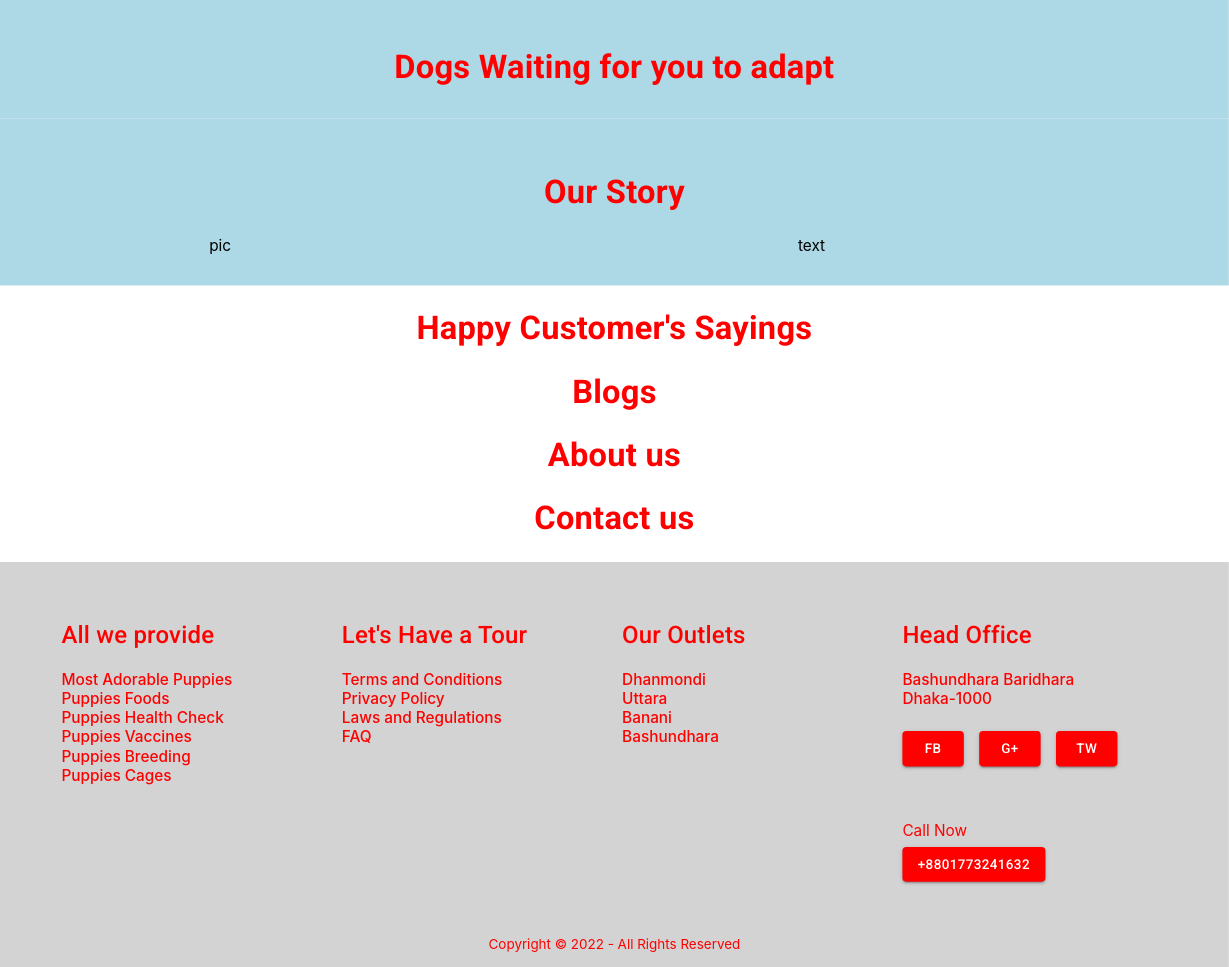
Repository: Sharif-00112/dogos-paradise-client
Page: /
The author's editor kept a copy of each file at every save. The page is drawn from the files as they stood at one save, then again after the next save.
The browser window is 1280 px wide. The pictures show the part of the page from y = 1041 to 2048 px (the page is 2048 px tall), at 96% of full size.
The page's requests for data from a server got no answer. The project was rebuilt for these pictures with package versions that can differ from the ones it lists, and the page was loaded fresh each time. No one was signed in, and anything a server would have sent is missing. Also part of the build but not shown: src/Pages/Home/Dog/Dog.js, src/Pages/Login/Login/Login.js, src/Pages/Login/Register/Register.js, src/Pages/NotFound/NotFound.js.

Above is the page before, as saved 2022-12-05 22:18:49.

### public/index.html
<!DOCTYPE html>
<html lang="en">
  <head>
    <meta charset="utf-8" />
    <link rel="icon" href="%PUBLIC_URL%/favicon.ico" />
    <meta name="viewport" content="width=device-width, initial-scale=1" />
    <meta name="theme-color" content="#000000" />
    <meta
      name="description"
      content="Web site created using create-react-app"
    />
    <link
      rel="stylesheet" href="https://fonts.googleapis.com/css?family=Roboto:300,400,500,700&display=swap"
    />

    <link rel="apple-touch-icon" href="%PUBLIC_URL%/logo192.png" />
    <!--
      manifest.json provides metadata used when your web app is installed on a
      user's mobile device or desktop. See https://developers.google.com/web/fundamentals/web-app-manifest/
    -->
    <link rel="manifest" href="%PUBLIC_URL%/manifest.json" />
    <!--
      Notice the use of %PUBLIC_URL% in the tags above.
      It will be replaced with the URL of the `public` folder during the build.
      Only files inside the `public` folder can be referenced from the HTML.

      Unlike "/favicon.ico" or "favicon.ico", "%PUBLIC_URL%/favicon.ico" will
      work correctly both with client-side routing and a non-root public URL.
      Learn how to configure a non-root public URL by running `npm run build`.
    -->
    <title>React App</title>
  </head>
  <body>
    <noscript>You need to enable JavaScript to run this app.</noscript>
    <div id="root"></div>
    <!--
      This HTML file is a template.
      If you open it directly in the browser, you will see an empty page.

      You can add webfonts, meta tags, or analytics to this file.
      The build step will place the bundled scripts into the <body> tag.

      To begin the development, run `npm start` or `yarn start`.
      To create a production bundle, use `npm run build` or `yarn build`.
    -->
  </body>
</html>

### src/App.js
import React  from 'react';
import './App.css';
import { BrowserRouter as Router, Route, Routes} from 'react-router-dom';
import Home from './Pages/Home/Home/Home';
import Login from './Pages/Login/Login/Login';
import Register from './Pages/Login/Register/Register';
import AuthProvider from './contexts/AuthProvider/AuthProvider';
// import PrivateRoute from './Pages/Login/PrivateRoute/PrivateRoute';
import NotFound from './Pages/NotFound/NotFound';
import Contact from './Pages/Home/Contact/Contact';
import Story from './Pages/Home/Story/Story';
import CustomerReviews from './Pages/Home/CustomerReviews/CustomerReviews';
import Blogs from './Pages/Home/Blogs/Blogs';
import About from './Pages/Home/About/About';
import Dogs from './Pages/Home/Dogs/Dogs';
// import Footer from './Pages/Shared/Footer/Footer';
// import Dashboard from './Pages/Dashboard/Dashboard/Dashboard';

function App() {
  return (
    <div className="App">
      <AuthProvider>
        <Router>
          <Routes>
            <Route exact path = '/' element={<Home/>}/>
            <Route exact path = '/home' element={<Home/>}/>
            <Route exact path = '/login' element={<Login/>}/>
            <Route exact path = '/register' element={<Register/>}/>
            <Route exact path = '/contact' element={<Contact/>}/>
            <Route exact path = '/dogs' element={<Dogs/>}/>
            <Route exact path = '/story' element={<Story/>}/>
            <Route exact path = '/reviews' element={<CustomerReviews/>}/>
            <Route exact path = '/blogs' element={<Blogs/>}/>
            <Route exact path = '/about' element={<About/>}/>
            {/* <Route exact path = '/appointment' element = {
              <PrivateRoute>
                <Appointment></Appointment>
              </PrivateRoute>
            }> </Route> */}
            {/* <Route path = 'dashboard/*' element = {
              <PrivateRoute>
                <Dashboard></Dashboard>
              </PrivateRoute>
            }> </Route> */}
            <Route path = '*' element={<NotFound/>}/>
          </Routes>
          {/* <Footer></Footer> */}
        </Router>
      </AuthProvider>
    </div>
  );
}

export default App;

### src/Pages/Home/Home/Home.js
import React from 'react';
import Footer from '../../Shared/Footer/Footer';
import Navigation from '../../Shared/Navigation/Navigation';
import About from '../About/About';
import Banner from '../Banner/Banner';
import Blogs from '../Blogs/Blogs';
import Contact from '../Contact/Contact';
import CustomerReviews from '../CustomerReviews/CustomerReviews';
import Dogs from '../Dogs/Dogs';
import Story from '../Story/Story';

const Home = () => {
    return (
        <div>
            <Navigation></Navigation>
            <Banner></Banner>
            <Dogs></Dogs>
            <Story></Story>
            <CustomerReviews></CustomerReviews>
            <Blogs></Blogs>
            <About></About>
            <Contact></Contact>
            <Footer></Footer>
        </div>
    );
};

export default Home;

### src/contexts/AuthProvider/AuthProvider.js
import React from 'react';
import { createContext } from 'react';
import useFirebase from '../../hooks/useFirebase';

//step-1-context
export const AuthContext = createContext();

const AuthProvider = (props) => {
    //step-3-context
    const {children} = props;

    //step-5-context
    const allContexts = useFirebase();

    return (
        //step-2-context
        <AuthContext.Provider value={allContexts}>
            {children}
        </AuthContext.Provider>
    );
};

export default AuthProvider;

### src/Pages/Home/Contact/Contact.js
import React from 'react';
import { Typography } from '@mui/material';

const Contact = () => {
    return (
        <div>
            <Typography sx={{ m: 3, color: 'red', fontWeight: 600 }} variant="h4" component="div">
                Contact us
            </Typography>
        </div>
    );
};

export default Contact;

### src/Pages/Home/Story/Story.js
import React from 'react';
import { Typography } from '@mui/material';
import Box from '@mui/material/Box';
import Grid from '@mui/material/Unstable_Grid2';


const Story = () => {
    return (
        <Box sx={{backgroundColor:"lightblue", p:4}}>
            <Typography sx={{ m: 3, color: 'red', fontWeight: 600 }} variant="h4" component="div">
                Our Story
            </Typography>
            <Box sx={{ flexGrow: 1 }}>
                <Grid container spacing={2}>
                    <Grid xs={6} md={4}>
                     pic
                    </Grid>
                    <Grid xs={6} md={8}>
                        text
                    </Grid>
                </Grid>
            </Box>
        </Box>
    );
};

export default Story;

### src/Pages/Home/CustomerReviews/CustomerReviews.js
import React from 'react';
import { Typography } from '@mui/material';


const CustomerReviews = () => {
    return (
        <div>
            <Typography sx={{ m: 3, color: 'red', fontWeight: 600 }} variant="h4" component="div">
                Happy Customer's Sayings
            </Typography>
        </div>
    );
};

export default CustomerReviews;

### src/Pages/Home/Blogs/Blogs.js
import React from 'react';
import { Typography } from '@mui/material';


const Blogs = () => {
    return (
        <div>
            <Typography sx={{ m: 3, color: 'red', fontWeight: 600 }} variant="h4" component="div">
                Blogs
            </Typography>
        </div>
    );
};

export default Blogs;

### src/Pages/Home/About/About.js
import React from 'react';
import { Typography } from '@mui/material';

const About = () => {
    return (
        <div>
            <Typography sx={{ m: 3, color: 'red', fontWeight: 600 }} variant="h4" component="div">
                About us
            </Typography>
        </div>
    );
};

export default About;

### src/Pages/Home/Dogs/Dogs.js
import React, { useEffect, useState } from 'react';
import Box from '@mui/material/Box';
import Grid from '@mui/material/Unstable_Grid2';
import Typography from '@mui/material/Typography';
import { Container } from '@mui/material';
import Dog from '../Dog/Dog';

// const dogs = [
//     {
//         title: "Siberian Husky",
//         age: '13',
//         breed: 'Mixed',
//         image: 'https://i.ibb.co/VV1yxdy/dog-1.jpg',
//         price: 700,
//         description: 'Lorem ipsum dolor sit amet, consectetur adipisicing elit. Quo, magni ab. Sed aut nesciunt neque laudantium culpa sit? Possimus, id.'
//     },
//     {
//         title: "German Shepherd",
//         age: '8',
//         breed: 'Mixed',
//         image: 'https://i.ibb.co/tZcvfCd/dog-2.jpg',
//         price: 700,
//         description: 'Lorem ipsum dolor sit amet, consectetur adipisicing elit. Quo, magni ab. Sed aut nesciunt neque laudantium culpa sit? Possimus, id.'
//     },
//     {
//         title: "Golden Retriever",
//         age: '5',
//         breed: 'Mixed',
//         image: 'https://i.ibb.co/YPHDzsb/dog-3.jpg',
//         price: 700,
//         description: 'Lorem ipsum dolor sit amet, consectetur adipisicing elit. Quo, magni ab. Sed aut nesciunt neque laudantium culpa sit? Possimus, id.'
//     },
//     {
//         title: "Bulldog",
//         age: '6',
//         breed: 'Mixed',
//         image: 'https://i.ibb.co/bjty4nS/dog-4.jpg',
//         price: 700,
//         description: 'Lorem ipsum dolor sit amet, consectetur adipisicing elit. Quo, magni ab. Sed aut nesciunt neque laudantium culpa sit? Possimus, id.'
//     },
//     {
//         title: "Irish Setter",
//         age: '9',
//         breed: 'Mixed',
//         image: 'https://i.ibb.co/QPSnF0t/dog-5.jpg',
//         price: 700,
//         description: 'Lorem ipsum dolor sit amet, consectetur adipisicing elit. Quo, magni ab. Sed aut nesciunt neque laudantium culpa sit? Possimus, id.'
//     },
//     {
//         title: "Brussels Griffon",
//         age: '4',
//         breed: 'Mixed',
//         image: 'https://i.ibb.co/z5kJHB2/dog-6.jpg',
//         price: 700,
//         description: 'Lorem ipsum dolor sit amet, consectetur adipisicing elit. Quo, magni ab. Sed aut nesciunt neque laudantium culpa sit? Possimus, id.'
//     },
//     {
//         title: "Newfoundland",
//         age: '15',
//         breed: 'Mixed',
//         image: 'https://i.ibb.co/mD4CtfC/dog-7.jpg',
//         price: 700,
//         description: 'Lorem ipsum dolor sit amet, consectetur adipisicing elit. Quo, magni ab. Sed aut nesciunt neque laudantium culpa sit? Possimus, id.'
//     },
//     {
//         title: "French Bulldog",
//         age: '7',
//         breed: 'Mixed',
//         image: 'https://i.ibb.co/PCQT44S/dog-8.jpg',
//         price: 700,
//         description: 'Lorem ipsum dolor sit amet, consectetur adipisicing elit. Quo, magni ab. Sed aut nesciunt neque laudantium culpa sit? Possimus, id.'
//     },
//     {
//         title: "Beagle",
//         age: '12',
//         breed: 'Mixed',
//         image: 'https://i.ibb.co/XLvC5BW/dog-9.jpg',
//         price: 700,
//         description: 'Lorem ipsum dolor sit amet, consectetur adipisicing elit. Quo, magni ab. Sed aut nesciunt neque laudantium culpa sit? Possimus, id.'
//     },
//     {
//         title: "Poodle",
//         age: '15',
//         breed: 'Mixed',
//         image: 'https://i.ibb.co/rxMv41c/dog-10.jpg',
//         price: 700,
//         description: 'Lorem ipsum dolor sit amet, consectetur adipisicing elit. Quo, magni ab. Sed aut nesciunt neque laudantium culpa sit? Possimus, id.'
//     }
// ]

const Dogs = () => {
    const [dogs, setDogs] = useState([]);

    useEffect(() => {
        fetch('http://localhost:3005/dogs')
        .then(res => res.json())
        .then(data => setDogs(data))
    }, []);

    return (
        <div>
            <Box sx={{ flexGrow: 1, backgroundColor:"lightblue", py:4 }}>
                <Container>
                    <Typography sx={{ p:3, color: 'red', fontWeight: 600 }} variant="h4" component="div">
                        Dogs Waiting for you to adapt
                    </Typography>

                    <Grid container spacing={{ xs: 2, md: 3 }} columns={{ xs: 4, sm: 8, md: 12 }}>
                        {
                            dogs.map(dog => (
                                <Grid xs={2} sm={4} md={4} key={dog._id}>
                                    <Dog
                                        key= {dog._id}
                                        dog = {dog}
                                    ></Dog>
                                </Grid>
                            ))
                        }
                    </Grid>
                </Container>
            </Box>
        </div>
    );
};

export default Dogs;

### src/Pages/Home/Banner/Banner.js
import React from 'react';
import { Typography } from '@mui/material';

const Banner = () => {
    return (
        <div>
            {/* <Typography sx={{ m: 3, color: 'red', fontWeight: 600 }} variant="h4" component="div">
                Head Banner
            </Typography> */}
            <img style={{ width: '100%'}} src="https://i.ibb.co/Mnn0NX3/dog-cover-1.jpg" alt="dog-human playing" />
            <Typography sx={{ mt: -25, mb:8, color: 'red', fontWeight: 700 }} variant="h4" component="div">
                Dogs are not only pets;
                <br /> <br />
                They are "L O V E"
            </Typography>
        </div>
    );
};

export default Banner;

### src/hooks/useAuth.js
//step-6-context

import { useContext } from "react"
import { AuthContext } from "../../src/contexts/AuthProvider/AuthProvider"

const useAuth = () =>{
    return useContext(AuthContext);
}

export default useAuth;

### src/Pages/Login/Firebase/firebase.initialize.js
import { initializeApp } from "firebase/app";
import firebaseConfig from "./firebase.config";

const initializeAuthentication = () =>{
    initializeApp(firebaseConfig);
}

export default initializeAuthentication;

### src/Pages/Login/Firebase/firebase.config.js
// console.log(process.env);

const firebaseConfig = {
  apiKey: process.env.REACT_APP_FIREBASE_API_KEY,
  authDomain: process.env.REACT_APP_FIREBASE_AUTH_DOMAIN,
  projectId: process.env.REACT_APP_FIREBASE_PROJECT_ID,
  storageBucket: process.env.REACT_APP_FIREBASE_STORAGE_BUCKET,
  messagingSenderId: process.env.REACT_APP_FIREBASE_MESSAGING_SENDER_ID,
  appId: process.env.REACT_APP_FIREBASE_APP_ID,
  measurementId: process.env.REACT_APP_FIREBASE_MEASUREMENT_ID
};

export default firebaseConfig;

// .env.local
// REACT_APP_FIREBASE_API_KEY=AIzaSyCGaQ8G2l5KeOKX4bAJ7MC19oWW_2vnTNQ
// REACT_APP_FIREBASE_AUTH_DOMAIN=dogos-paradise.firebaseapp.com
// REACT_APP_FIREBASE_PROJECT_ID=dogos-paradise
// REACT_APP_FIREBASE_STORAGE_BUCKET=dogos-paradise.appspot.com
// REACT_APP_FIREBASE_MESSAGING_SENDER_ID=824394057307
// REACT_APP_FIREBASE_APP_ID=1:824394057307:web:727ac0c86627b9544a617e
// REACT_APP_FIREBASE_MEASUREMENT_ID=G-DL8JJ6MYSD

// const firebaseConfig = {
  // apiKey: "AIzaSyCGaQ8G2l5KeOKX4bAJ7MC19oWW_2vnTNQ",
  // authDomain: "dogos-paradise.firebaseapp.com",
  // projectId: "dogos-paradise",
  // storageBucket: "dogos-paradise.appspot.com",
  // messagingSenderId: "824394057307",
  // appId: "1:824394057307:web:727ac0c86627b9544a617e",
  // measurementId: "G-DL8JJ6MYSD"
// };

Loaded but not shown: src/index.js (common file); src/index.css (common file); src/reportWebVitals.js (common file); src/App.css (common file); src/Pages/Shared/Navigation/Navigation.js (229 lines, source omitted); src/hooks/useFirebase.js (273 lines, source omitted); src/Pages/Shared/Footer/Footer.js (156 lines, source omitted)

After the next save:
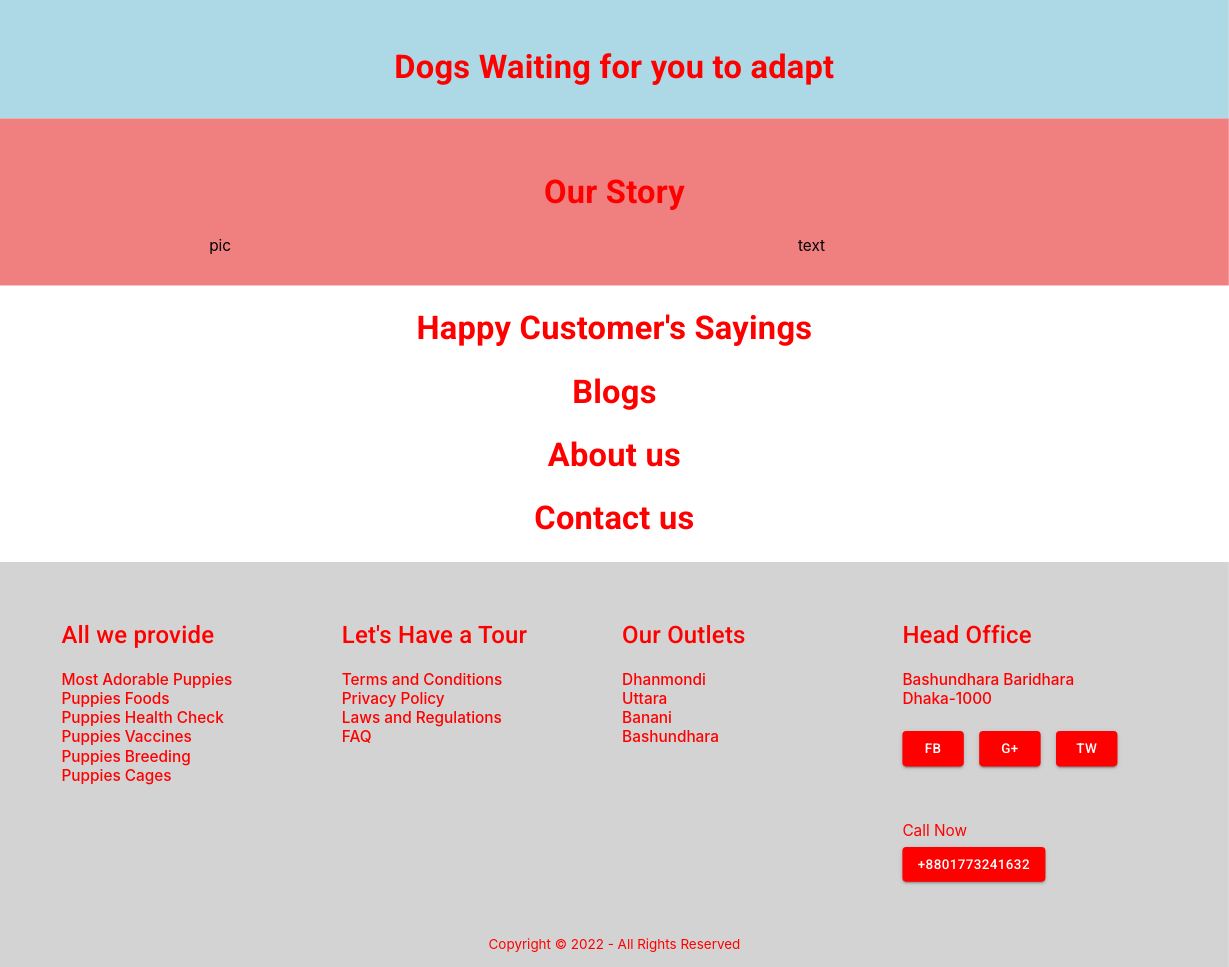
Saved 9 s later.
--- a/src/Pages/Home/Story/Story.js
+++ b/src/Pages/Home/Story/Story.js
@@ -6,7 +6,7 @@ import Grid from '@mui/material/Unstable_Grid2';
 
 const Story = () => {
     return (
-        <Box sx={{backgroundColor:"lightblue", p:4}}>
+        <Box sx={{backgroundColor:"lightcoral", p:4}}>
             <Typography sx={{ m: 3, color: 'red', fontWeight: 600 }} variant="h4" component="div">
                 Our Story
             </Typography>
